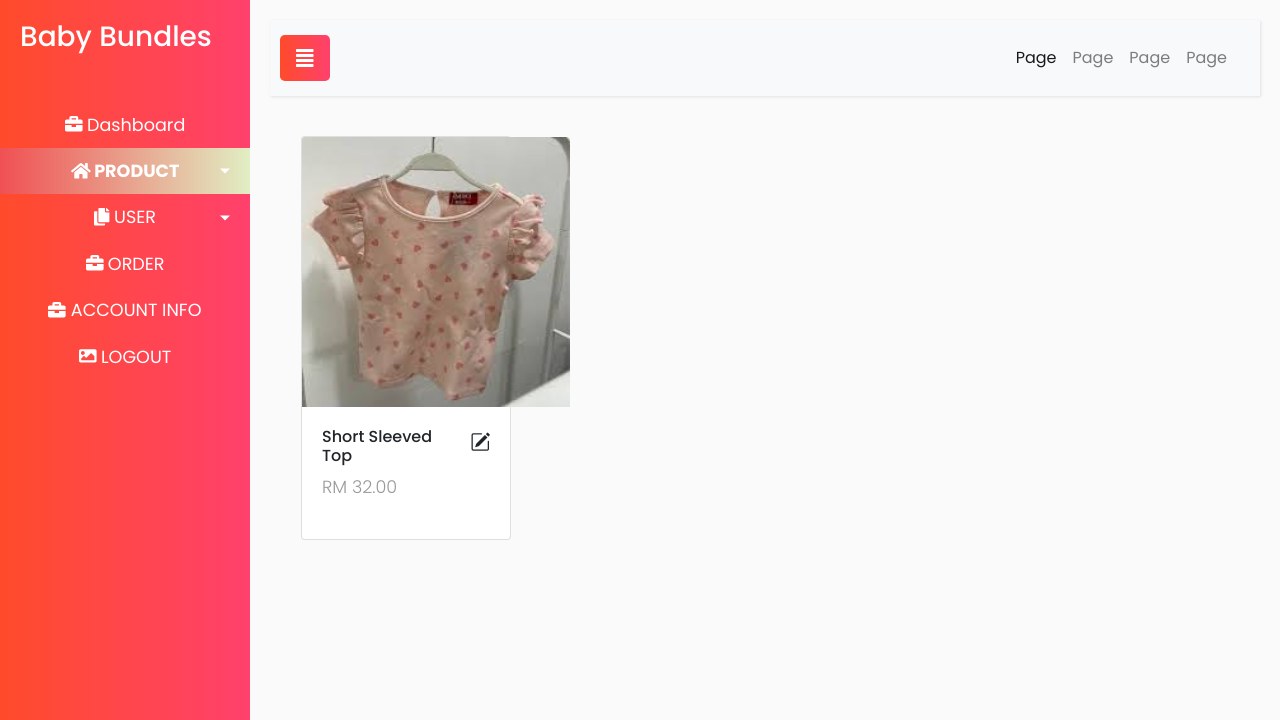
Repository: jiahow99/Baby-Bundles-University
Page: http://localhost/admin.php
The author's editor kept a copy of each file at every save. The page is drawn from the files as they stood at one save, then again after the next save.
The browser window is 1280 px wide. The pictures show the whole page.
Some web libraries are served in a nearby version. The page is run by PHP 8.4 with error messages shown; the project is at /var/www/html/. Queries for data that is not in the repository find no rows.

Above is the page before, as saved 2022-11-24 17:58:50.

### admin.php
<!DOCTYPE html>
<html>

<head>
    <meta charset="utf-8">
    <meta name="viewport" content="width=device-width, initial-scale=1.0">
    <meta http-equiv="X-UA-Compatible" content="IE=edge">

    <title>Admin</title>

    <!-- Bootstrap CSS CDN -->
    <link rel="stylesheet" href="https://stackpath.bootstrapcdn.com/bootstrap/4.1.0/css/bootstrap.min.css" integrity="sha384-9gVQ4dYFwwWSjIDZnLEWnxCjeSWFphJiwGPXr1jddIhOegiu1FwO5qRGvFXOdJZ4" crossorigin="anonymous">
    <!-- Our Custom CSS -->
    <link rel="stylesheet" href="css/admin.style.css">

    <!-- Font Awesome JS -->
    <script defer src="https://use.fontawesome.com/releases/v5.0.13/js/solid.js" integrity="sha384-tzzSw1/Vo+0N5UhStP3bvwWPq+uvzCMfrN1fEFe+xBmv1C/AtVX5K0uZtmcHitFZ" crossorigin="anonymous"></script>
    <script defer src="https://use.fontawesome.com/releases/v5.0.13/js/fontawesome.js" integrity="sha384-6OIrr52G08NpOFSZdxxz1xdNSndlD4vdcf/q2myIUVO0VsqaGHJsB0RaBE01VTOY" crossorigin="anonymous"></script>
    <!-- Bootstrap Icon -->
    <link rel="stylesheet" href="https://cdn.jsdelivr.net/npm/bootstrap-icons@1.3.0/font/bootstrap-icons.css">
    <!-- JQuery -->
    <script src="https://code.jquery.com/jquery-3.5.1.min.js"></script>


    <!-- AJAX display all products -->
    <script>
            $(document).ready(function(){
                $.ajax({
                    url: "fetch_product.php",
                    type: "get",
                    dataType: "JSON",
                    success:function(product)
                    {
                        var len = product.length;
                        for(i=0 ; i<len; i++){
                            var str = '<div class="col-3"><a href="#" class="card" ><img class="card-img-top" src="' + product[i].image +'" style="width:268px;height:270px;"><div class="card-body">' +
                            '<div class="row"><div class="col-9"><h6>' + product[i].title + '</h6><p>RM ' + product[i].price + '</p></div>' +
                            '<div class="col-3" style="font-size:20px;"><i class="bi bi-pencil-square"></i></div></div></div></a></div>';

                            $('#product').append(str);
                        }
                    }
                });
            });

    </script>

</head>

<body>

    <div class="wrapper">
        <!-- Sidebar  -->
        <nav id="sidebar">
            <div class="sidebar-header">
                <h3>Baby Bundles</h3>
                <strong>BS</strong>
            </div>

            <ul class="list-unstyled components">
                <!-- Dashboard -->
                <li>
                    <a href="#">
                        <i class="fas fa-briefcase"></i>
                        <span id="aboutlabel">Dashboard</span>
                    </a>
                </li>
                <!-- Product -->
                <li class="active">
                    <a href="#homeSubmenu" data-toggle="collapse" aria-expanded="false" class="dropdown-toggle">
                        <i class="fas fa-home"></i>
                        <span id="homelabel">PRODUCT</span>
                    </a>
                    <ul class="collapse list-unstyled" id="homeSubmenu">
                        <li>
                            <a href="#">ADD PRODUCT</a>
                        </li>
                        <li>
                            <a href="#">DELETE PRODUCT</a>
                        </li>
                        <li>
                            <a href="#">VIEW ALL</a>
                        </li>
                    </ul>
                </li>
                <!-- User -->
                <li>
                    <a href="#pageSubmenu" data-toggle="collapse" aria-expanded="false" class="dropdown-toggle">
                        <i class="fas fa-copy"></i>
                        <span id="pagelabel">USER</span>
                    </a>
                    <ul class="collapse list-unstyled" id="pageSubmenu">
                        <li>
                            <a href="#">ADD USER</a>
                        </li>
                        <li>
                            <a href="#">DELETE USER</a>
                        </li>
                        <li>
                            <a href="#">VIEW ALL</a>
                        </li>
                    </ul>
                </li>
                <!-- Order -->
                <li>
                    <a href="#">
                        <i class="fas fa-briefcase"></i>
                        <span id="aboutlabel">ORDER</span>
                    </a>
                </li>
                <!-- Account Info -->
                <li>
                    <a href="#">
                        <i class="fas fa-briefcase"></i>
                        <span id="aboutlabel">ACCOUNT INFO</span>
                    </a>
                </li>
                <!-- Log out -->
                <li>
                    <a href="#">
                        <i class="fas fa-image"></i>
                        <span id="portfoliolabel">LOGOUT</span>
                    </a>
                </li>
            </ul>


        </nav>

        <!-- Page Content  -->
        <div id="content">

            <nav class="navbar navbar-expand-lg navbar-light bg-light">
                <div class="container-fluid pl-0">

                    <button type="button" id="sidebarCollapse" class="btn-lg btn-primary">
                        <i class="fas fa-align-justify"></i>
                        <!-- <span>Toggle Sidebar</span> -->
                    </button>
                    <button class="btn btn-dark d-inline-block d-lg-none ml-auto" type="button" data-toggle="collapse" data-target="#navbarSupportedContent" aria-controls="navbarSupportedContent" aria-expanded="false" aria-label="Toggle navigation">
                        <i class="fas fa-align-justify"></i>
                    </button>

                    <div class="collapse navbar-collapse" id="navbarSupportedContent">
                        <ul class="nav navbar-nav ml-auto">
                            <li class="nav-item active">
                                <a class="nav-link" href="#">Page</a>
                            </li>
                            <li class="nav-item">
                                <a class="nav-link" href="#">Page</a>
                            </li>
                            <li class="nav-item">
                                <a class="nav-link" href="#">Page</a>
                            </li>
                            <li class="nav-item">
                                <a class="nav-link" href="#">Page</a>
                            </li>
                        </ul>
                    </div>
                </div>
            </nav>

            <!-- Display all product -->
            <div class="row mx-3 gy-4" id="product">
                <div class="col-3">
                    <!-- Product card -->
                    <a href="#" class="card overflow-hidden">
                        <img class="card-img-top" src="img/top/top08.jpg" style="width:268px;height:270px;">
                        <div class="card-body">
                            <div class="row">
                                <!-- Title and Price -->
                                <div class="col-9">
                                    <h6>Short Sleeved Top</h6>
                                    <p>RM 32.00</p>
                                </div>
                                <!-- Edit icon -->
                                <div class="col-3" style="font-size:20px;"><i class="bi bi-pencil-square"></i></div>
                            </div>
                        </div>
                    </a>
                </div>
            </div>
    </div>

    <!-- Popper.JS -->
    <script src="https://cdnjs.cloudflare.com/ajax/libs/popper.js/1.14.0/umd/popper.min.js" integrity="sha384-cs/chFZiN24E4KMATLdqdvsezGxaGsi4hLGOzlXwp5UZB1LY//20VyM2taTB4QvJ" crossorigin="anonymous"></script>
    <!-- Bootstrap JS -->
    <script src="https://stackpath.bootstrapcdn.com/bootstrap/4.1.0/js/bootstrap.min.js" integrity="sha384-uefMccjFJAIv6A+rW+L4AHf99KvxDjWSu1z9VI8SKNVmz4sk7buKt/6v9KI65qnm" crossorigin="anonymous"></script>

    <script type="text/javascript">
        $(document).ready(function () {
            $('#sidebarCollapse').on('click', function () {
                $('#sidebar').toggleClass('active');
                $('#homelabel').toggleClass('d-none');
                $('#aboutlabel').toggleClass('d-none');
                $('#pagelabel').toggleClass('d-none');
                $('#portfoliolabel').toggleClass('d-none');
                $('#faqlabel').toggleClass('d-none');
                $('#contactlabel').toggleClass('d-none');
            });
        });
    </script>
</body>

</html>

### fetch_product.php
<?php

require_once('dbcontroller.php');

$dbcontroller = new DBController();

// Get all product
$result = $dbcontroller->selectProduct("SELECT * FROM product_table");

// Empty array
$output = array();

// Loop through Shopping Cart
foreach( $result as $product ){
    $product_array = array(
        'product_id' => $product['product_id'],
        'title' => mb_strimwidth($product['title'], 0, 30, "..."),
        'category' => $product['category'],
        'description' => $product['description'],
        'image' => $product['image'],
        'price' => $product['price']
    );

    // Append each product
    array_push($output, $product_array);

}

// Encode to JSON format
echo json_encode($output);



?>

### dbcontroller.php
<?php

class DBController{
    private $host = 'localhost';
    private $db = 'babybundles_database';
    private $user= 'root';
    private $pass = '';
    // private $attr = "mysql:host=$host;dbname=$db";
    // private $table = 'product_table';
    public $conn;

    // constructor
    function __construct(){
        $attr = "mysql:host=".$this->host.";dbname=".$this->db;
        $opts =
        [
            PDO::ATTR_ERRMODE => PDO::ERRMODE_EXCEPTION,
            PDO::ATTR_DEFAULT_FETCH_MODE => PDO::FETCH_ASSOC,
            PDO::ATTR_EMULATE_PREPARES => false,
        ];
        $this->conn = new PDO($attr, $this->user, $this->pass, $opts);
    }

    // Insert
    function insertQuery($query){
        $result = $this->conn->query($query);
        return $result;
    }

    // Select user
    function selectUser($query){
        $result = $this->conn->query($query);
        $row = $result->fetch();
        return $row;
    }

    // Select single product
    function selectSingleProduct($query){
        $result = $this->conn->query($query);
        $row = $result->fetch();
        return $row;
    }

    // Select all product
    function selectProduct($query){
        $result = $this->conn->query($query);
        $row = $result->fetchAll();
        return $row;
    }

    // Update shopping cart
    function updateCart($query){
        $result = $this->conn->query($query);
        return $result;
    }

    // count num of rows
    function numRows($query){
        $result = $this->conn->query($query);
        return $result->rowCount();
    }

    // limit text (title)
    function limit_text($text, $limit) {
        if (str_word_count($text, 0) > $limit) {
            $words = str_word_count($text, 2);
            $pos   = array_keys($words);
            $text  = substr($text, 0, $pos[$limit]) . '...';
        }
        return $text;
    }

    // sanitise()
    function sanitise($string){
        $string = htmlentities($string);
        return $string;
    }

}
?>

### css/admin.style.css
/*
    DEMO STYLE
*/

@import "https://fonts.googleapis.com/css?family=Poppins:300,400,500,600,700";

body {
    font-family: 'Poppins', sans-serif;
    background: #fafafa;
}

p {
    font-family: 'Poppins', sans-serif;
    font-size: 1.1em;
    font-weight: 300;
    line-height: 1.7em;
    color: #999;
}

a,
a:hover,
a:focus {
    color: inherit;
    text-decoration: none;
    transition: all 0.3s;
}

.navbar {
    padding: 15px 10px;
    background: #fff;
    border: none;
    border-radius: 0;
    margin-bottom: 40px;
    box-shadow: 1px 1px 3px rgba(0, 0, 0, 0.1);
}

.navbar-btn {
    box-shadow: none;
    outline: none !important;
    border: none;
}

.line {
    width: 100%;
    height: 1px;
    border-bottom: 1px dashed #ddd;
    margin: 40px 0;
}

i,
span {
    display: inline-block;
}

/* ---------------------------------------------------
    SIDEBAR STYLE
----------------------------------------------------- */

.wrapper {
    display: flex;
    align-items: stretch;
}

#sidebar {
    min-width: 250px;
    max-width: 250px;
    background: #FF416C;  /* fallback for old browsers */
    background: -webkit-linear-gradient(to right, #FF4B2B, #FF416C);  /* Chrome 10-25, Safari 5.1-6 */
    background: linear-gradient(to right, #FF4B2B, #FF416C); /* W3C, IE 10+/ Edge, Firefox 16+, Chrome 26+, Opera 12+, Safari 7+ */
    color: #fff;
    transition: all 0.3s;
}

#sidebar.active {
    min-width: 80px;
    max-width: 80px;
    text-align: center;
}

#sidebar.active .sidebar-header h3,
#sidebar.active .CTAs {
    display: none;
}

#sidebar.active .sidebar-header strong {
    display: block;
}

#sidebar ul li a {
    text-align: left;
}

#sidebar.active ul li a {
    padding: 20px 10px;
    text-align: center;
    font-size: 0.85em;
}

#sidebar.active ul li a i {
    margin-right: 0;
    display: block;
    font-size: 1.8em;
    margin-bottom: 5px;
}

#sidebar.active ul ul a {
    padding: 10px !important;
}

#sidebar.active .dropdown-toggle::after {
    top: auto;
    bottom: 10px;
    right: 50%;
    -webkit-transform: translateX(50%);
    -ms-transform: translateX(50%);
    transform: translateX(50%);
}

#sidebar .sidebar-header {
    padding: 20px;
    background: #FF416C;  /* fallback for old browsers */
    background: -webkit-linear-gradient(to right, #FF4B2B, #FF416C);  /* Chrome 10-25, Safari 5.1-6 */
    background: linear-gradient(to right, #FF4B2B, #FF416C); /* W3C, IE 10+/ Edge, Firefox 16+, Chrome 26+, Opera 12+, Safari 7+ */
}

#sidebar .sidebar-header strong {
    display: none;
    font-size: 1.8em;
}

#sidebar ul.components {
    padding: 20px 0;
}

#sidebar ul li a {
    padding: 10px;
    font-size: 1.1em;
    display: block;
    text-align: center;
}

#sidebar ul li a:hover {
    color: #dc1522;
    background: #fff;
    font-weight: bolder;
}

#sidebar ul li a i {
    margin-right: 10px;
}

#sidebar ul li.active>a,
a[aria-expanded="true"] {
    color: #fff;
    background: #e1eec3;  /* fallback for old browsers */
    background: -webkit-linear-gradient(to right, #f05053, #e1eec3);  /* Chrome 10-25, Safari 5.1-6 */
    background: linear-gradient(to right, #f05053, #e1eec3); /* W3C, IE 10+/ Edge, Firefox 16+, Chrome 26+, Opera 12+, Safari 7+ */
    font-weight: bolder;
}

a[data-toggle="collapse"] {
    position: relative;
}

.dropdown-toggle::after {
    display: block;
    position: absolute;
    top: 50%;
    right: 20px;
    transform: translateY(-50%);
}

ul ul a {
    font-size: 0.9em !important;
    padding-left: 30px !important;
    background: #6d7fcc;
}

ul.CTAs {
    padding: 20px;
}

ul.CTAs a {
    text-align: center;
    font-size: 0.9em !important;
    display: block;
    border-radius: 5px;
    margin-bottom: 5px;
}

a.download {
    background: #fff;
    color: #7386D5;
}

a.article,
a.article:hover {
    background: #6d7fcc !important;
    color: #fff !important;
}

/* ---------------------------------------------------
    CONTENT STYLE
----------------------------------------------------- */

#content {
    width: 100%;
    padding: 20px;
    min-height: 100vh;
    transition: all 0.3s;
}

/* ---------------------------------------------------
    MEDIAQUERIES
----------------------------------------------------- */

@media (max-width: 768px) {
    #sidebar {
        min-width: 80px;
        max-width: 80px;
        text-align: center;
        margin-left: -80px !important;
    }
    .dropdown-toggle::after {
        top: auto;
        bottom: 10px;
        right: 50%;
        -webkit-transform: translateX(50%);
        -ms-transform: translateX(50%);
        transform: translateX(50%);
    }
    #sidebar.active {
        margin-left: 0 !important;
    }
    #sidebar .sidebar-header h3,
    #sidebar .CTAs {
        display: none;
    }
    #sidebar .sidebar-header strong {
        display: block;
    }
    #sidebar ul li a {
        padding: 20px 10px;
    }
    #sidebar ul li a span {
        font-size: 0.85em;
    }
    #sidebar ul li a i {
        margin-right: 0;
        display: block;
    }
    #sidebar ul ul a {
        padding: 10px !important;
    }
    #sidebar ul li a i {
        font-size: 1.3em;
    }
    #sidebar {
        margin-left: 0;
    }
    #sidebarCollapse span {
        display: none;
    }
}

#homeSubmenu li a,#pageSubmenu li a{
    background: #ED213A;  /* fallback for old browsers */
    background: -webkit-linear-gradient(to right, #93291E, #ED213A);  /* Chrome 10-25, Safari 5.1-6 */
    background: linear-gradient(to right, #93291E, #ED213A); /* W3C, IE 10+/ Edge, Firefox 16+, Chrome 26+, Opera 12+, Safari 7+ */



}

.btn-primary{
    background: #FF416C;  /* fallback for old browsers */
    background: -webkit-linear-gradient(to right, #FF4B2B, #FF416C);  /* Chrome 10-25, Safari 5.1-6 */
    background: linear-gradient(to right, #FF4B2B, #FF416C); /* W3C, IE 10+/ Edge, Firefox 16+, Chrome 26+, Opera 12+, Safari 7+ */
    border: 0;
    cursor: pointer;
}

After the next save:
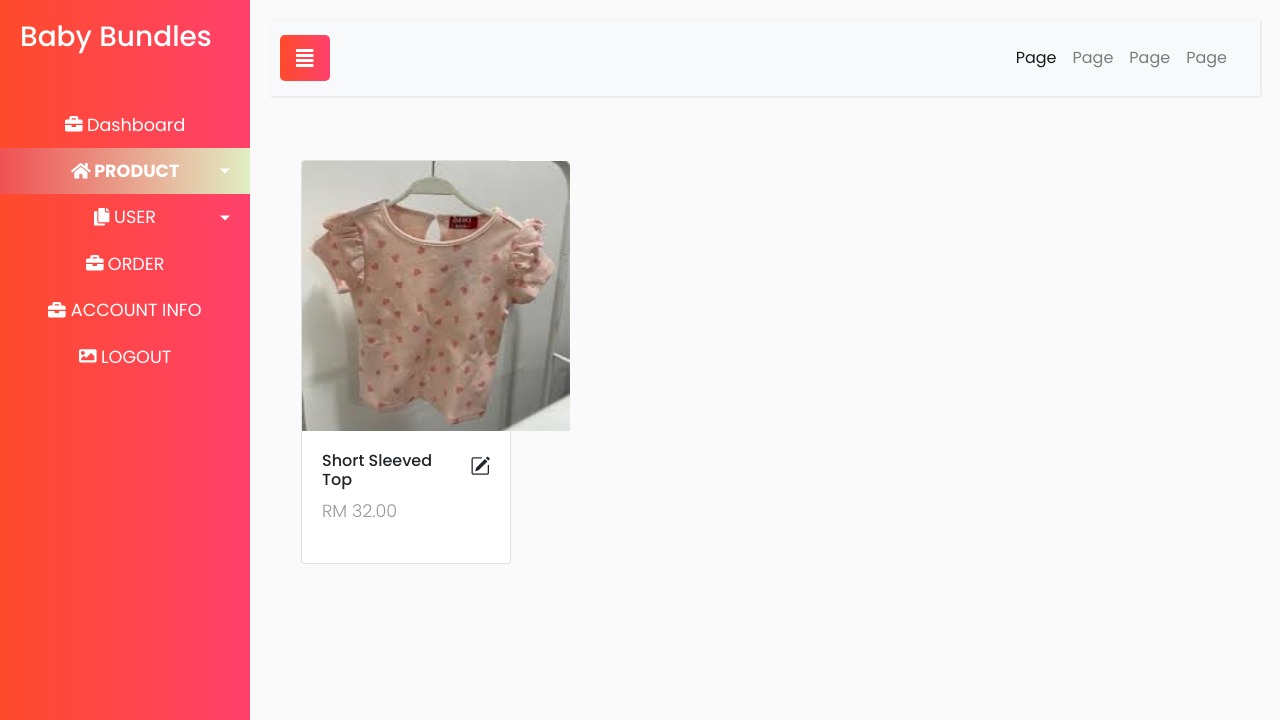
Saved 8 s later.
--- a/admin.php
+++ b/admin.php
@@ -161,7 +161,7 @@
             </nav>
 
             <!-- Display all product -->
-            <div class="row mx-3 gy-4" id="product">
+            <div class="row mx-3 py-4" id="product">
                 <div class="col-3">
                     <!-- Product card -->
                     <a href="#" class="card overflow-hidden">

After the save that followed:
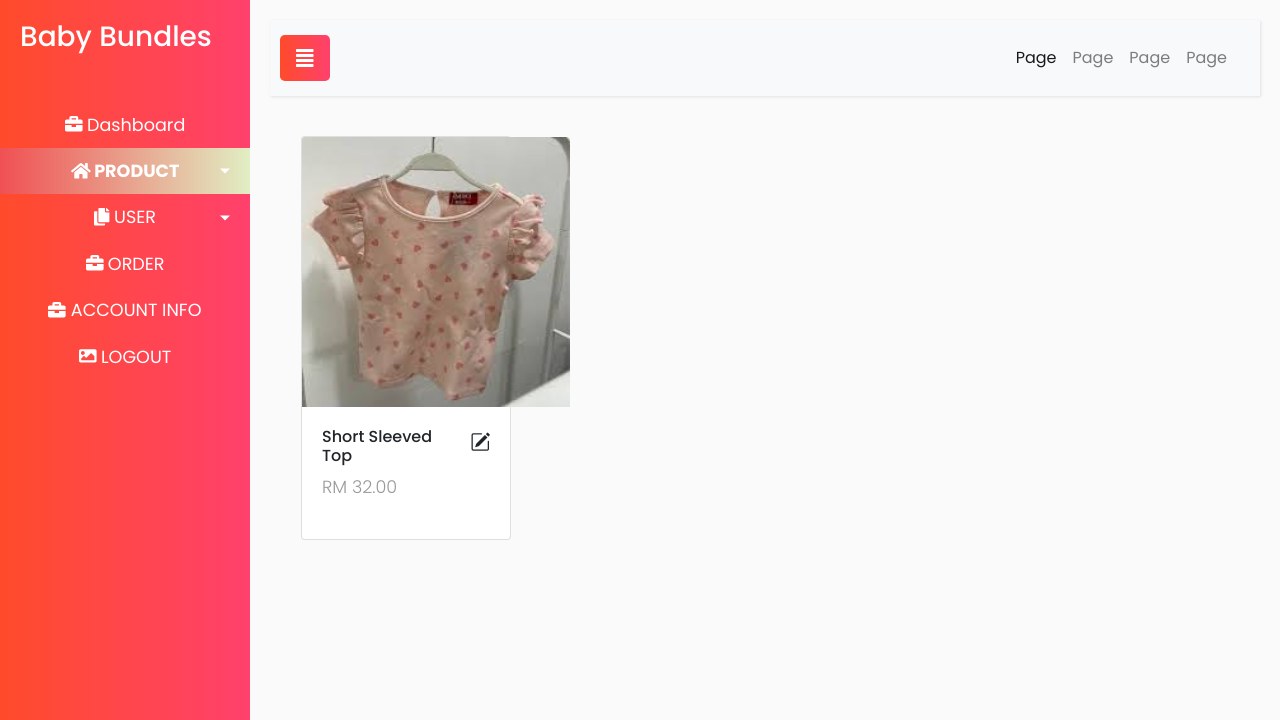
Saved 5 s later.
--- a/admin.php
+++ b/admin.php
@@ -161,7 +161,7 @@
             </nav>
 
             <!-- Display all product -->
-            <div class="row mx-3 py-4" id="product">
+            <div class="row mx-3 my-4" id="product">
                 <div class="col-3">
                     <!-- Product card -->
                     <a href="#" class="card overflow-hidden">
